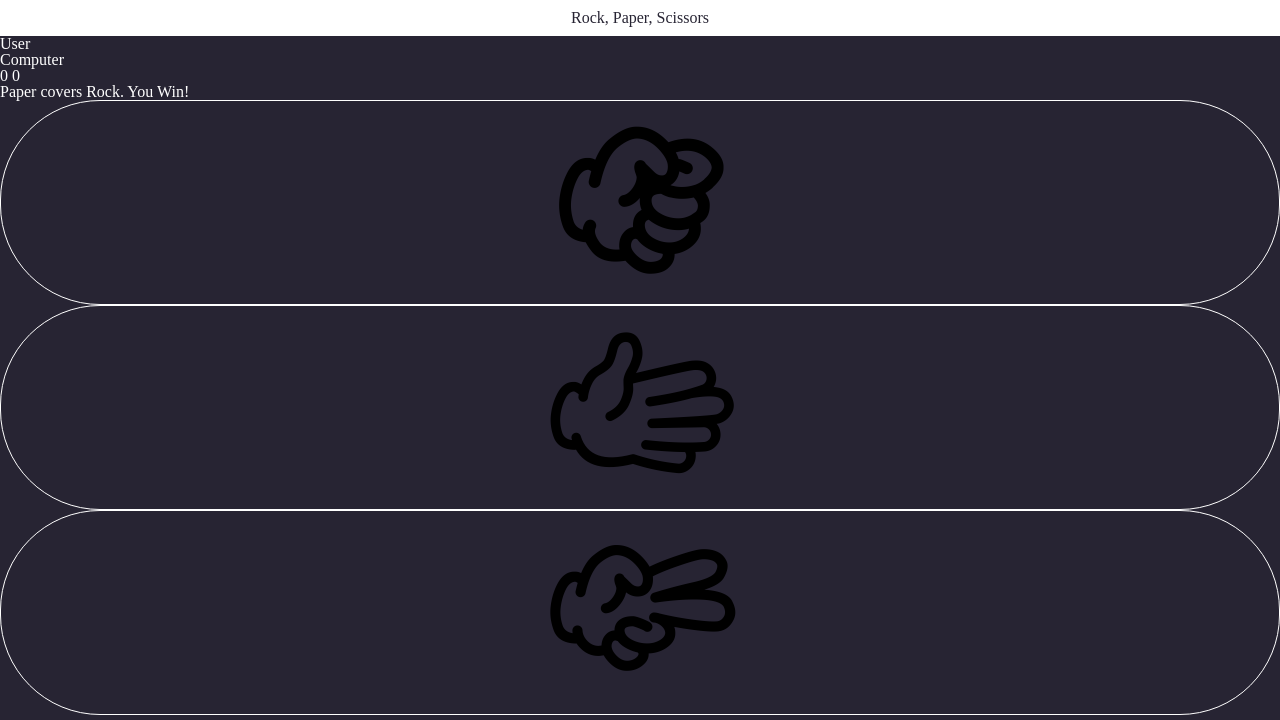
Repository: AndersonGuilherme/rock-paper-scissor-game-javascript
Page: index.html
The author's editor kept a copy of each file at every save. The page is drawn from the files as they stood at one save, then again after a run of saves.
The browser window is 1280 px wide. The pictures show the whole page.

Above is the page before, as saved 2019-01-12 12:41:20.

After the next 8 saves:
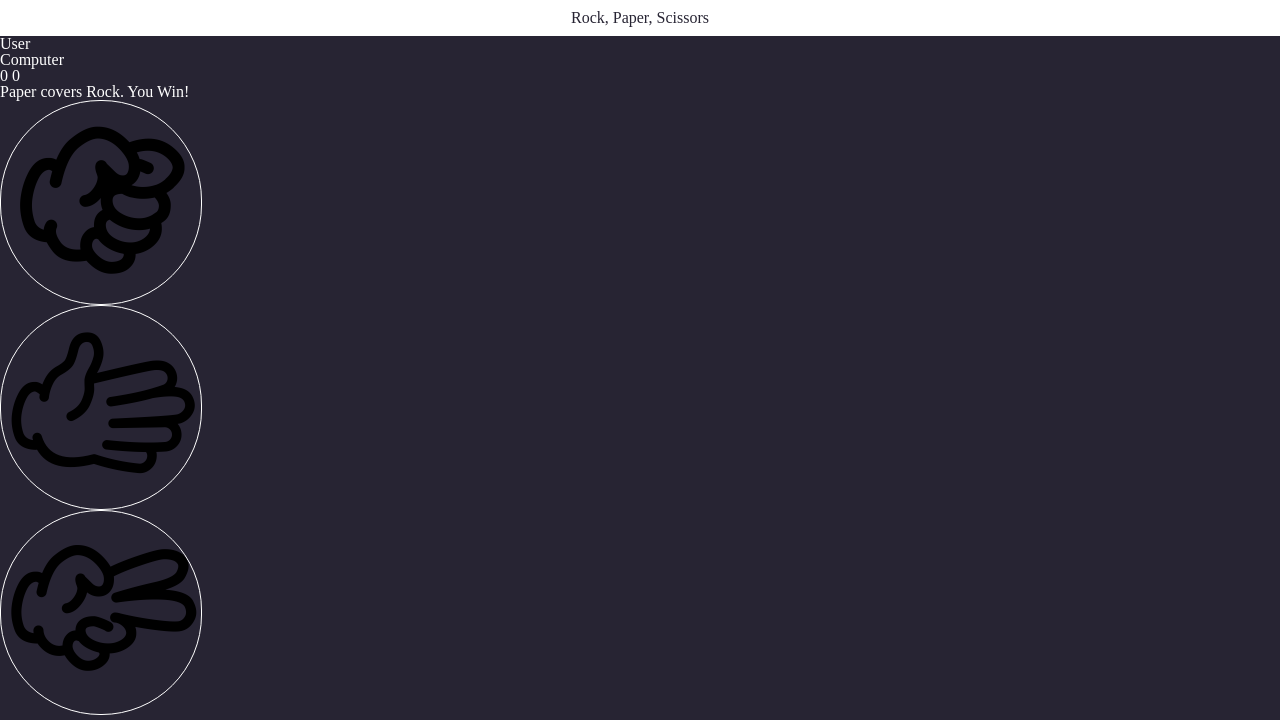
The 8 saves are shown as one change because they came seconds apart.
The last was saved 12 s later.
--- a/src/public/css/style.css
+++ b/src/public/css/style.css
@@ -13,5 +13,6 @@ body{
 .choice{
     border: 1px solid #fff;
     border-radius: 100px;
-    text-align: center
+    text-align: center;
+    max-width: 200px;
 }
